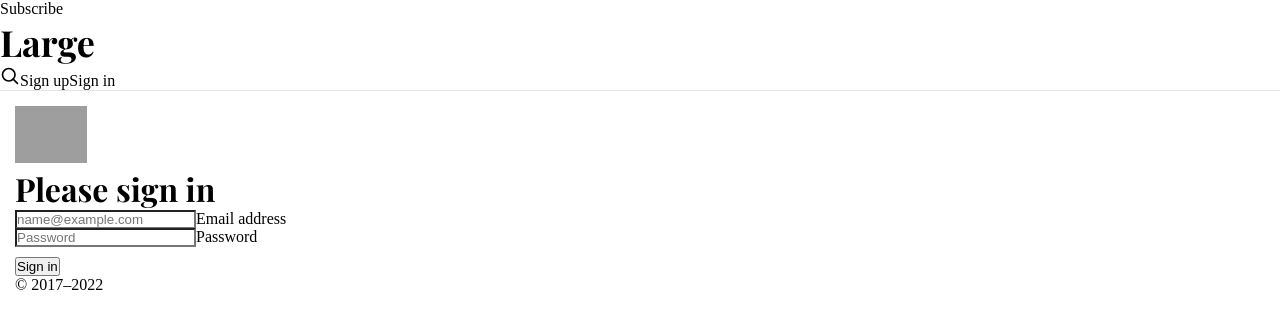
Repository: ofovweewere/newsx
Page: /login
The author's editor kept a copy of each file at every save. The page is drawn from the files as they stood at one save, then again after the next save.
The browser window is 1280 px wide. The pictures show the whole page.
Pictures or frames that could not be fetched are drawn as grey boxes. The project was rebuilt for these pictures with package versions that can differ from the ones it lists, and the page was loaded fresh each time. Some packages were replaced by stand-ins written for this rebuild. The framework's server and built-in components were replaced by stand-ins that run in the browser. Also part of the build but not shown: next.config.js.

Above is the page before, as saved 2023-01-22 13:56:10.

After the next save:
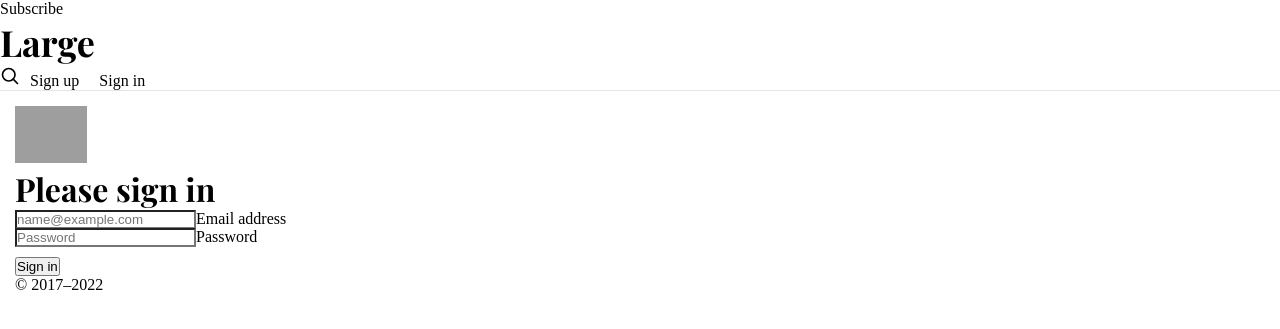
Saved 46 s later.
--- a/components/Header/index.js
+++ b/components/Header/index.js
@@ -108,6 +108,7 @@
         }
 
         .user-login-btn {
+          margin: 0 10px;
         }
       `}</style>
     </div>

After the save that followed:
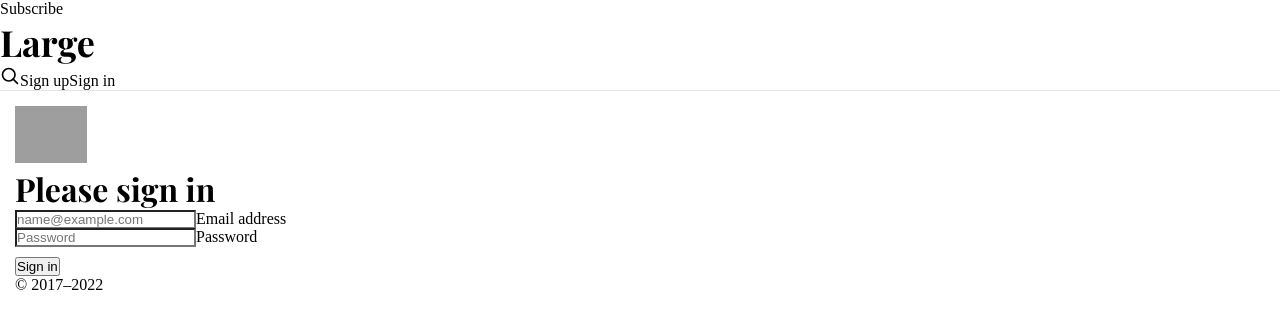
Saved 8 s later.
--- a/components/Header/index.js
+++ b/components/Header/index.js
@@ -108,7 +108,6 @@
         }
 
         .user-login-btn {
-          margin: 0 10px;
         }
       `}</style>
     </div>
